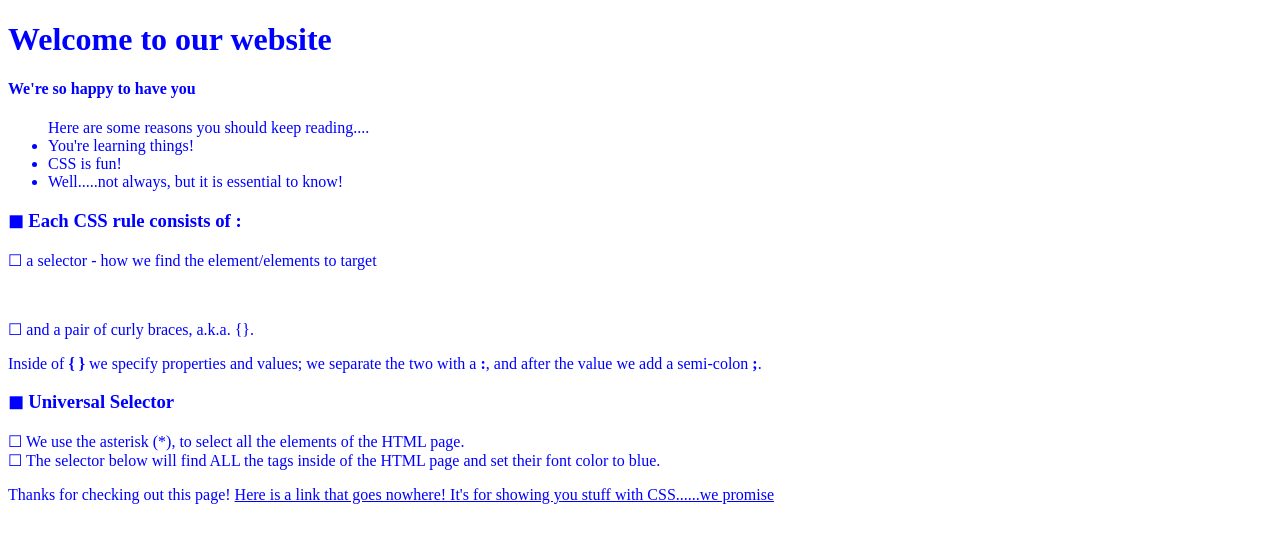
Repository: AnnaSpirit/Tests__
Page: CSS/Useful_Selectors.html
These files come from the project's save history. The page is drawn as it stood at one moment and after the next save; the edit follows.
The browser window is 1280 px wide. The pictures show the whole page.

Above is the page before, as saved 2024-04-01 12:19:49.

### CSS/Useful_Selectors.html
<!DOCTYPE html>
<html lang="en">
<head>
    <meta charset="UTF-8">
    <meta name="viewport" content="width=device-width, initial-scale=1.0">
    <title>Useful Selectors</title>
    <link rel="stylesheet" href="style_Selectors.css">
</head>
<body>
    <header>
        <h1>Welcome to our website</h1>
        <h4>We're so happy to have you</h4>
    </header>
    <section>
        <ul> Here are some reasons you should keep reading....
            <li>You're learning things!</li>
            <li>CSS is fun!</li>
            <li>Well.....not always, but it is essential to know!</li>
        </ul>
    </section>
    <section>
        <h3> &#9724; Each CSS rule consists of :</h3>
            <p> &#9744; a selector - how we find the element/elements to target</p><br>
            <p> &#9744; and a pair of curly braces, a.k.a. {}.</p>
            <p>Inside of <b>{ }</b> we specify properties and values; we separate the two with a <b>:</b>, and after the value we add a semi-colon <b>;</b>.</p>
        </h3>
        <h3> &#9724; Universal Selector</h3>
        <p>&#9744; We use the asterisk (*), to select all the elements of the HTML page. <br>
        &#9744; The selector below will find ALL the tags inside of the HTML page and set their font color to blue.</p>
    </section>
    <footer>
        <p>
            Thanks for checking out this page!
            <a href="#">Here is a link that goes nowhere! It's for showing you stuff with CSS......we promise</a>
        </p>
    </footer>
</body>
</html>

### CSS/style_Selectors.css
/* Universal Selector */
* {
    color: blue;
}

After the next save:
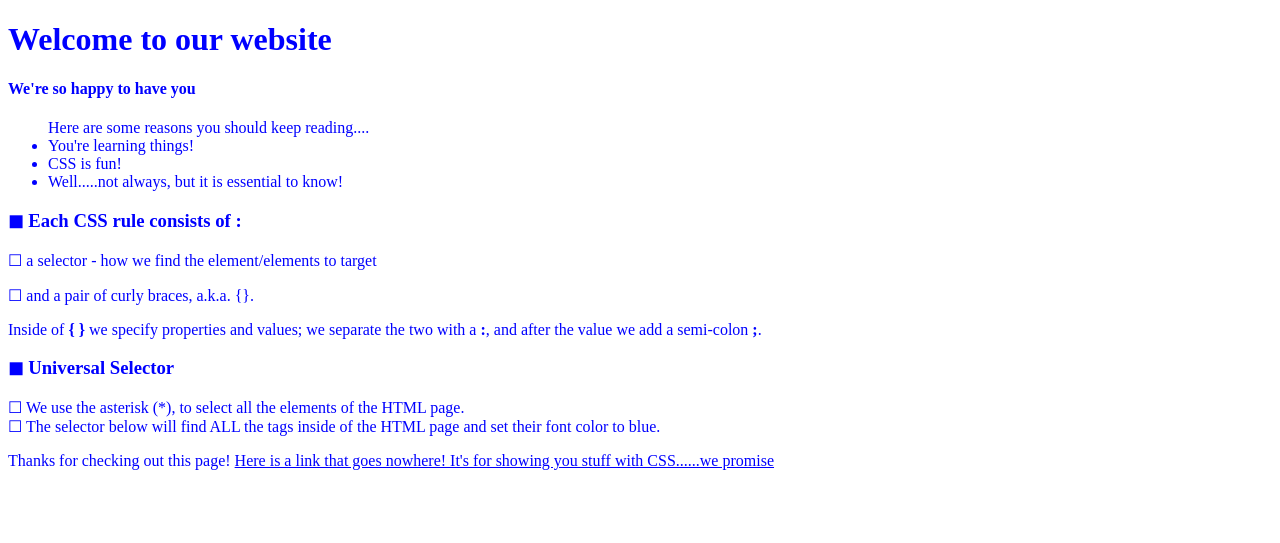
Saved 16 s later.
--- a/CSS/Useful_Selectors.html
+++ b/CSS/Useful_Selectors.html
@@ -20,7 +20,7 @@
     </section>
     <section>
         <h3> &#9724; Each CSS rule consists of :</h3>
-            <p> &#9744; a selector - how we find the element/elements to target</p><br>
+            <p> &#9744; a selector - how we find the element/elements to target</p>
             <p> &#9744; and a pair of curly braces, a.k.a. {}.</p>
             <p>Inside of <b>{ }</b> we specify properties and values; we separate the two with a <b>:</b>, and after the value we add a semi-colon <b>;</b>.</p>
         </h3>
